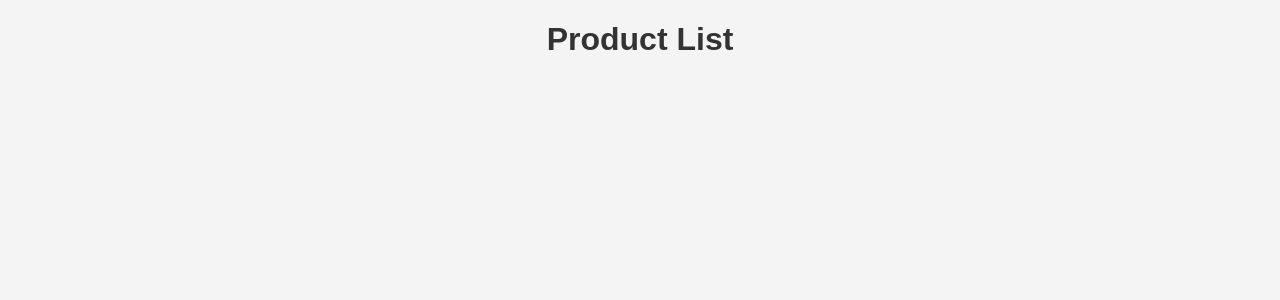
Repository: Natnael12119/TeleAff
Page: views/productList.html
The author's editor kept a copy of each file at every save. The page is drawn from the files as they stood at one save, then again after the next save.
The browser window is 1280 px wide. The pictures show the whole page.

Above is the page before, as saved 2024-04-18 20:31:50.

After the next save:
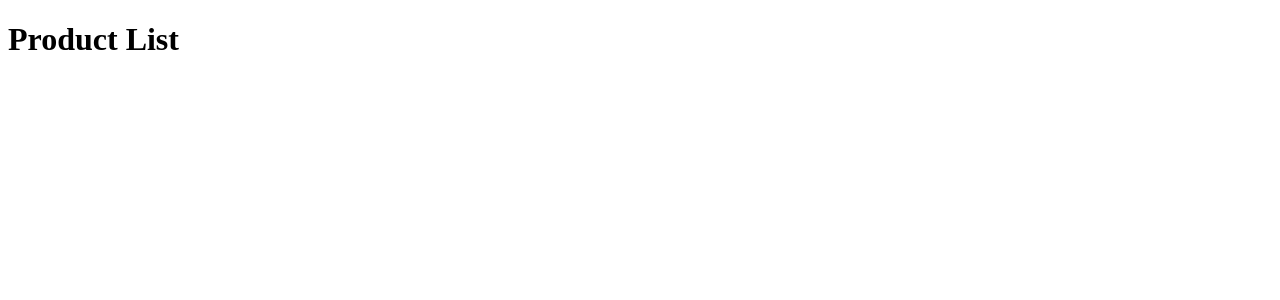
Not found: views/public/list.css
Saved 13 s later.
--- a/views/productList.html
+++ b/views/productList.html
@@ -3,7 +3,7 @@
 	<head>
 		<meta charset="UTF-8" />
 		<title>Product List</title>
-		<link rel="stylesheet" href="list.css" />
+		<link rel="stylesheet" href="public/list.css" />
 	</head>
 	<body>
 		<h1>Product List</h1>

After the save that followed:
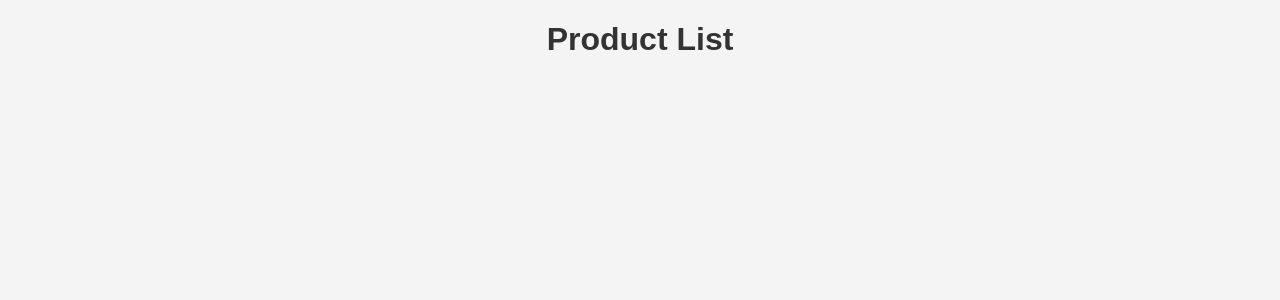
Saved 25 s later.
--- a/views/productList.html
+++ b/views/productList.html
@@ -3,7 +3,7 @@
 	<head>
 		<meta charset="UTF-8" />
 		<title>Product List</title>
-		<link rel="stylesheet" href="public/list.css" />
+		<link rel="stylesheet" href="/public/list.css" />
 	</head>
 	<body>
 		<h1>Product List</h1>
